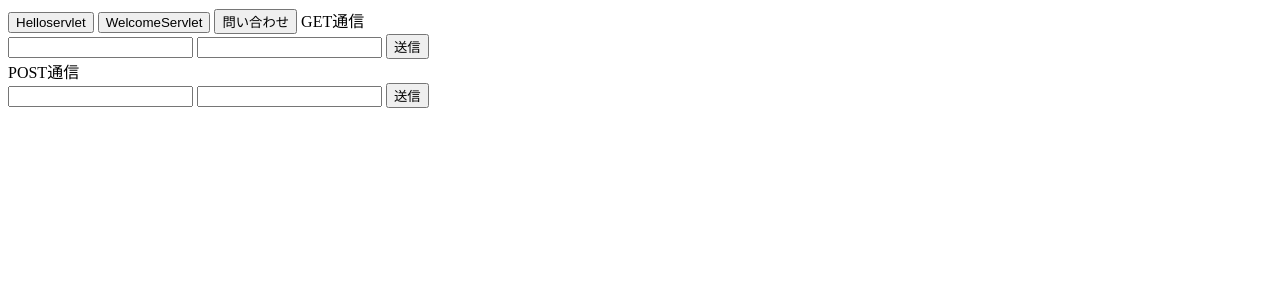
Repository: manchesterunited0128/test
Page: http://localhost/HelloServlet/
An editor plug-in stored every save of this project. The page is shown before and after the next save, followed by the edit.
The browser window is 1280 px wide. The pictures show the whole page.
The page is served by Tomcat 9. Other server files are loaded and not shown.

Above is the page before, as saved 2019-08-28 07:31:09.

### HelloServlet/WebContent/index.jsp
<%@ page language="java" contentType="text/html; charset=UTF-8"
    pageEncoding="UTF-8"%>
<!DOCTYPE html PUBLIC "-//W3C//DTD HTML 4.01 Transitional//EN" "http://www.w3.org/TR/html4/loose.dtd">
<html>
<head>
<meta  charset="UTF-8">
<title>HelloServlet</title>
</head>
<body>
	<input type="button" value="Helloservlet" onClick="location.href='HelloServlet'">
	<input type="button" value="WelcomeServlet" onClick="location.href='welcome.jsp'">
	<input type="button" value="問い合わせ" onClick="location.href='inquiry.jsp'">
	GET通信
	<form action="TestServlet" method="post">
	<input type="text" name="username">
	<input type="password" name="password">
	<input type="submit" value="送信">
	</form>
	POST通信
	<form action="TestServlet" method="post">
	<input type="text" name="username">
	<input type="password" name="password">
	<input type="submit" value="送信">
	</form>
</body>
</html>

After the next save:
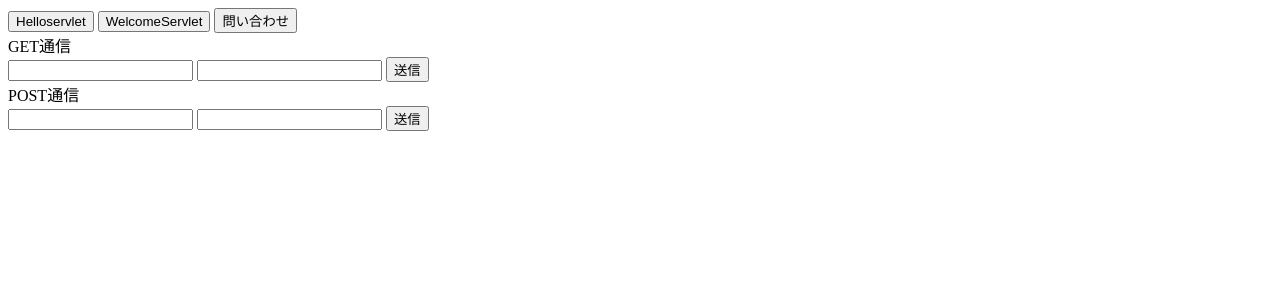
Saved 103 s later.
--- a/HelloServlet/WebContent/index.jsp
+++ b/HelloServlet/WebContent/index.jsp
@@ -10,7 +10,7 @@
 	<input type="button" value="Helloservlet" onClick="location.href='HelloServlet'">
 	<input type="button" value="WelcomeServlet" onClick="location.href='welcome.jsp'">
 	<input type="button" value="問い合わせ" onClick="location.href='inquiry.jsp'">
-	GET通信
+	<br>GET通信
 	<form action="TestServlet" method="post">
 	<input type="text" name="username">
 	<input type="password" name="password">
